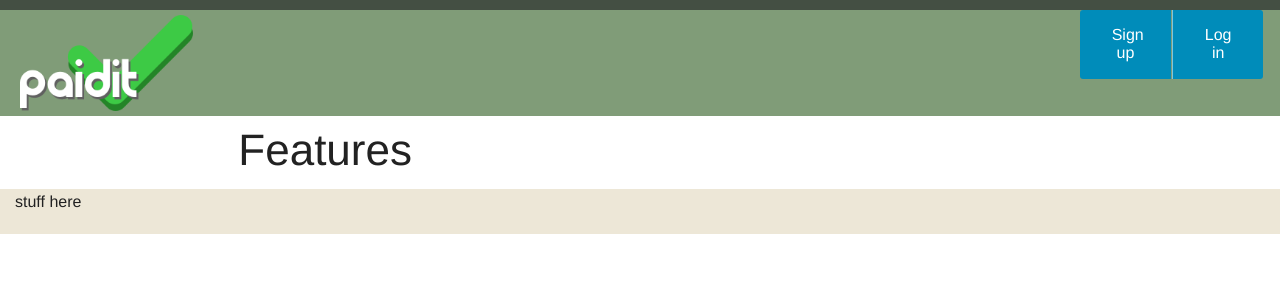
Repository: jcskillings/paidit
Page: splash.html
The author's editor kept a record of every edit. The page is drawn from the files as they stood at one moment, then again after the next edit.
The browser window is 1280 px wide. The pictures show the whole page.

Above is the page before.

### splash.html
<!doctype html>
<html class="no-js" lang="en">
  <head>
    <meta charset="utf-8" />
    <meta name="viewport" content="width=device-width, initial-scale=1.0" />
    <title>Paidit | Simple Bill Management</title>

    <link rel="stylesheet" href="css/foundation.css" />
    <link rel="stylesheet" href="css/splash.css" />


    <script src="js/vendor/modernizr.js"></script>
    <script src="splash.js"></script>

  </head>
  <body>


    <div class="row fullWidth" id="tipTopRow">

    </div>

    <div class="row fullWidth" div id="topRow">
          <div class="large-2  xlarge-2 columns">

            <a><img src="img/logoSm.png" id="mainLogo"/></a>
          </div>




            <div class="large-2 columns">
              <ul class="button-group radius even-2 " id="loginButtons">
             <li><a href="#" data-reveal-id="regModal" class="button">Sign up</a></li>
              <li><a href="#" data-reveal-id="loginModal" class=" button">Log in</a></li>
            </ul>
            </div>



    </div>
    <div id="middle">
      <div class="row">
        <div class="large-10 large-centered columns">
         <h1>Features</h1>
        </div>
      </div>
    </div>


    <div class="row fullWidth" id="bottomRow">
          <div class="large-12 xlarge-12 columns">
            <p>stuff here</p>
          </div>
    </div>



    <!-- MODALS FOR SIGN UP AND LOGIN-->
    <div div id="regModal" class="reveal-modal small" data-reveal aria-labelledby="Sign Up" aria-hidden="true" role="dialog">
      <div class="row">
          <div class="large-6 large-centered columns">
            <a><img src="img/logoSm.png" /></a>
          </div>
        </div>
      <form>
        <div class="row">
          <div class="large-6 columns">
            <label>Username
            <input type="text" placeholder="username" id='regUsername' />
          <div class="large-6 columns">
            <label>Email Address
            <input type="text" placeholder="you@example.com" id='regEmail'/>
            </label>
          </div>

          </div>
        </div>
        <div class="row">
          <div class="large-6 columns">
            <label>Password
            <input type="password" placeholder="******" id='regPassword' />
            </label>
          </div>
        </div>

        <div class="row">
          <div class="large-6 columns">
            <label>Confirm Password
            <input type="password" placeholder="*******" id='regPassConfirm'/>
            </label>
          </div>
        </div>

        <div class="row">
          <div class="large-6 columns">
            <label>First Name
            <input type="text" placeholder="first name" id='regFirstName'/>
            </label>
          </div>
        </div>
        <div class="row">
          <div class="large-6 columns">
            <label>Last Name
            <input type="text" placeholder="last name" id='regLastName'/>
            </label>
          </div>
        </div>
        <!-- moved email field
        <div class="row">
          <div class="large-6 columns">
            <label>Email Address
            <input type="text" placeholder="you@example.com" id='regEmail'/>
            </label>
          </div>
        </div>
        -->
        <div class="row">
            <div class="large-4 columns">
              <a href="#" class="radius button">Sign Up</a>
            </div>
          </div>
      </form>
       <a class="close-reveal-modal" aria-label="Close">&#215;</a>
      </div>

      <!-- Login modal-->
      <div div id="loginModal" class="reveal-modal tiny" data-reveal aria-labelledby="Register" aria-hidden="true" role="dialog">
        <form>
          <div class="row">
            <div class="large-6  columns">
              <label>Username
              <input type="text" placeholder="username" id='loginUsername'/>
              </label>
            </div>
          </div>
          <div class="row">
            <div class="large-6 columns">
              <label>Password
              <input type="password" placeholder="********" id='loginPassword'/>
              </label>
            </div>
          </div>
          <div class="row">
            <div class="large-4 columns">
              <a href="#" class="radius button">Login</a>
            </div>
          </div>

          <a class="close-reveal-modal" aria-label="Close">&#215;</a>
        </form>

      </div>







    <!-- jquery and foundation -->
    <script src="js/vendor/jquery.js"></script>
    <script src="/js/vendor/fastclick.js"></script>
    <script src="js/foundation.min.js"></script>

     <script>
      $(document).foundation();
    </script>
  </body>
</html>

### css/splash.css
#topRow {

    background: #809C78 !important;
}
#tipTopRow {
    background: #444F43 !important;
    height: 10px;
}

#bottomRow {

    background: #EDE7D7 !important;
    width: 100% !important;
}

#mainLogo {
    padding: 5px;
}
.fullWidth {
   width: 100% !important;
   margin-left: auto;
   margin-right: auto;
   max-width: 100% !important;
}

Loaded but not shown: css/foundation.css (library); js/vendor/modernizr.js (library); js/vendor/jquery.js (library); js/vendor/fastclick.js (library); js/foundation.min.js (library); js/splash.js (no copy from this time; the picture is the same without it)

After the next edit:
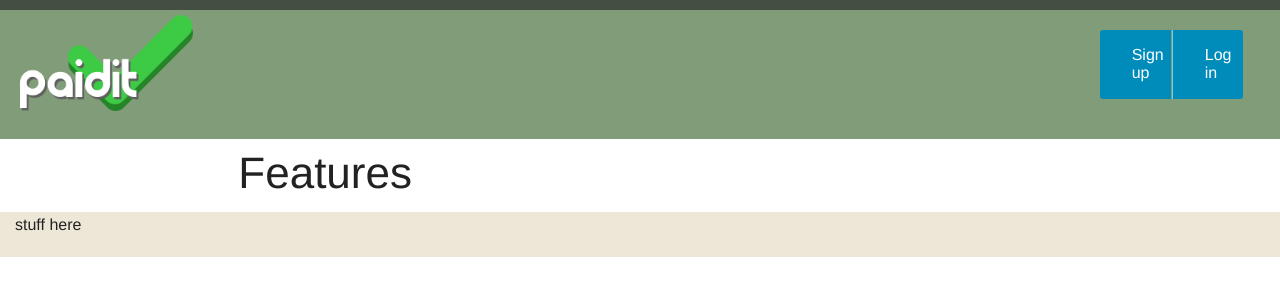
The edit:
--- a/css/splash.css
+++ b/css/splash.css
@@ -16,6 +16,9 @@
 #mainLogo {
     padding: 5px;
 }
+#loginButtons {
+    padding: 20px;
+}
 .fullWidth {
    width: 100% !important;
    margin-left: auto;
